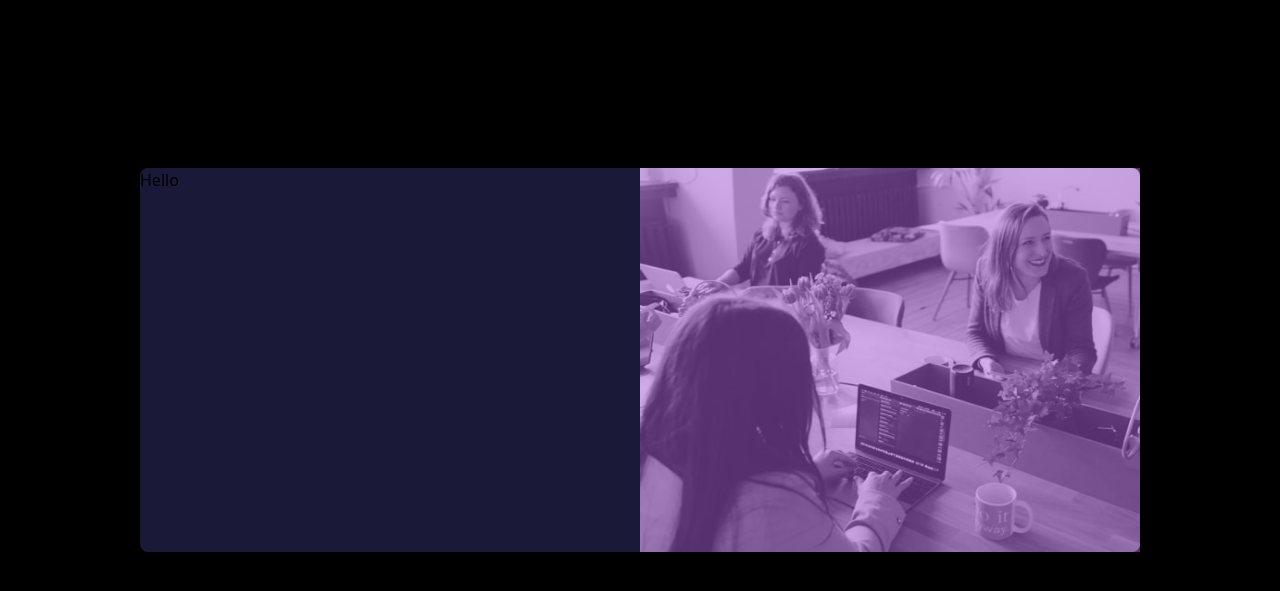
Repository: BerlinWebDev/FrontendMaster_PreviewMentor
Page: /
These files come from the project's save history. The page is drawn as it stood at one moment and after the next save; the edit follows.
The browser window is 1280 px wide. The pictures show the whole page.
The project was rebuilt for these pictures with package versions that can differ from the ones it lists, and the page was loaded fresh each time.

Above is the page before, as saved 2023-11-11 18:47:54.

### src/App.js
import Image from "./assets/image-header-desktop.jpg";

function App() {
  return (
    <>
      <header>
        <title>Challenge</title>
        <meta name="description" content="Challenge" />
        <link rel="icon" href="/favicon.ico" />
      </header>
      <main className="flex min-h-screen flex-col items-center justify-center bg-black">
        <div className="flex h-96 w-[1000px] rounded-lg bg-[#1b1938]">
          <aside className="w-1/2  rounded-l-lg">Hello</aside>
          <aside className="w-1/2  rounded-lg relative">
            <div className="absolute inset-0 bg-[#aa5cdb] opacity-50"></div>
            <img
              className=" h-full w-full rounded-r-lg"
              src={Image}
              alt="Header-Desktop"
            />
          </aside>
        </div>
      </main>
    </>
  );
}

export default App;

Loaded but not shown: public/index.html (common file); src/index.js (common file); src/index.css (common file); tailwind.config.js (common file)

After the next save:
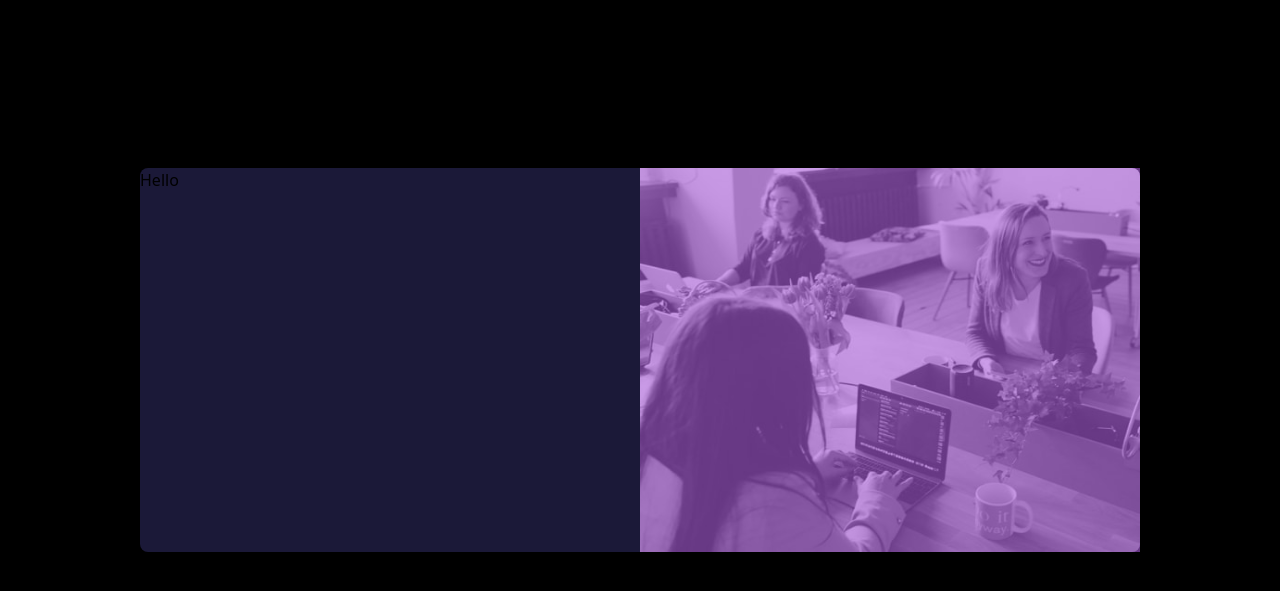
Saved 18 s later.
--- a/src/App.js
+++ b/src/App.js
@@ -12,7 +12,7 @@ function App() {
         <div className="flex h-96 w-[1000px] rounded-lg bg-[#1b1938]">
           <aside className="w-1/2  rounded-l-lg">Hello</aside>
           <aside className="w-1/2  rounded-lg relative">
-            <div className="absolute inset-0 bg-[#aa5cdb] opacity-50"></div>
+            <div className="absolute inset-0 bg-[#aa5cdb] opacity-60"></div>
             <img
               className=" h-full w-full rounded-r-lg"
               src={Image}
